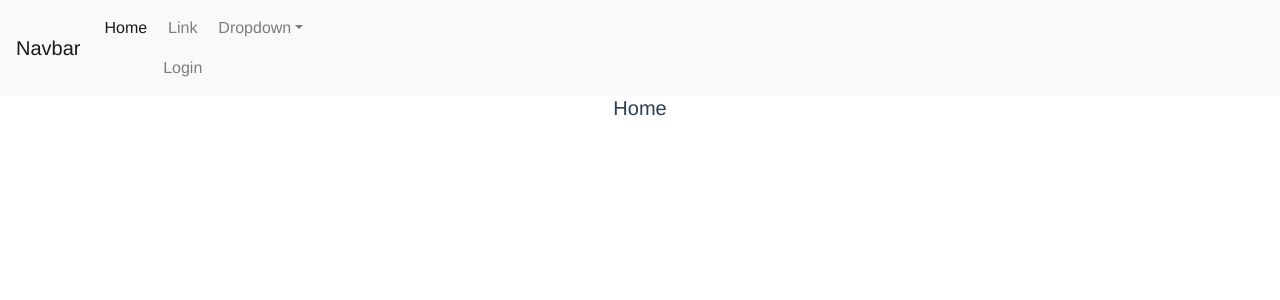
Repository: randrin/Firebase-Auth-Vue
Page: /
These files come from the project's save history. The page is drawn as it stood at one moment and after the next save; the edit follows.
The browser window is 1280 px wide. The pictures show the whole page.
The project was rebuilt for these pictures with package versions that can differ from the ones it lists, and the page was loaded fresh each time. Also part of the build but not shown: src/components/Profile.vue. Imported but missing from the stored project, and not drawn on this page: src/components/Login.

Above is the page before, as saved 2020-08-07 10:20:50.

After the next save:
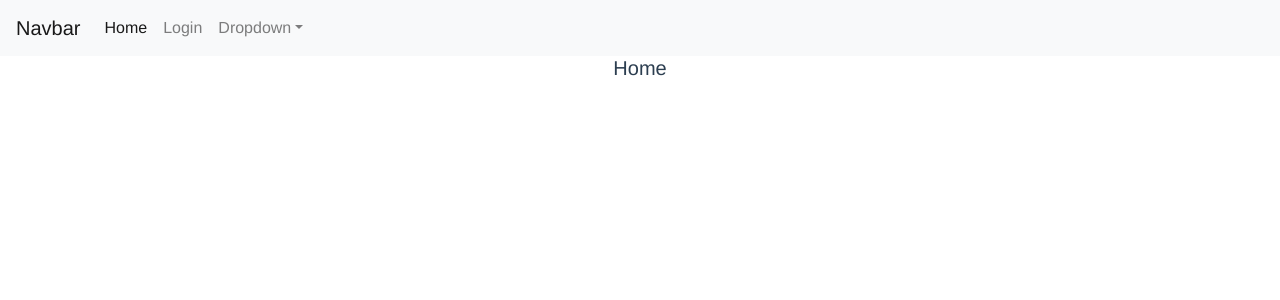
Saved 6 s later.
--- a/src/components/NavBar.vue
+++ b/src/components/NavBar.vue
@@ -22,7 +22,6 @@
           </a>
         </li>
         <li class="nav-item">
-          <a class="nav-link" href="#">Link</a>
           <router-link :to="{name: 'Login'}" class="nav-link">Login</router-link>
         </li>
         <li class="nav-item dropdown">
